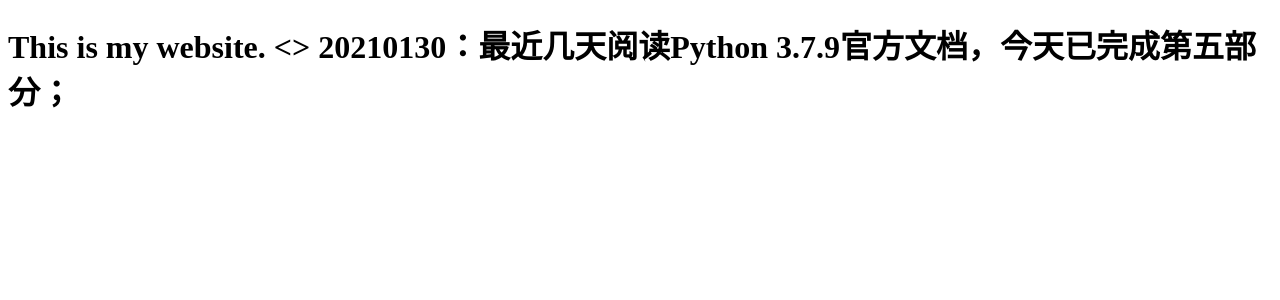
Repository: wangjitao1024/wangjitao1024.github.io
Page: index.html
The author's editor kept a copy of each file at every save. The page is drawn from the files as they stood at one save, then again after the next save.
The browser window is 1280 px wide. The pictures show the whole page.

Above is the page before, as saved 2021-01-30 18:49:00.

After the next save:
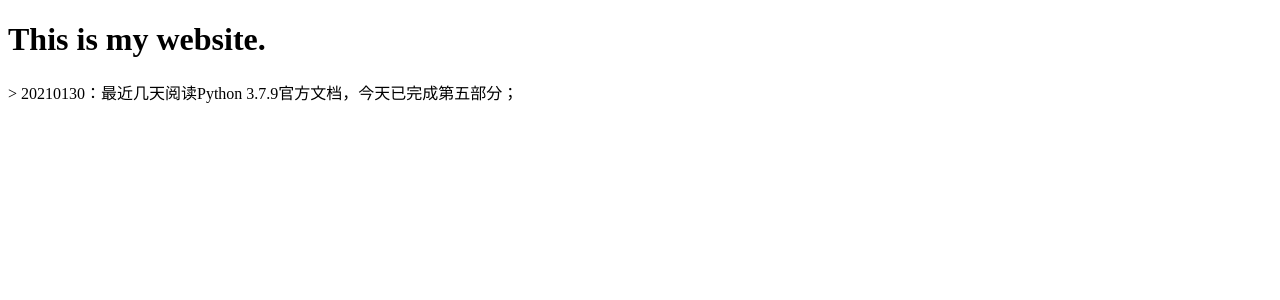
Saved 6 s later.
--- a/index.html
+++ b/index.html
@@ -6,7 +6,7 @@
 </head>
 
 <body>
-    <h1>This is my website. <>
+    <h1>This is my website. </h1><h1></h1>>
     20210130：最近几天阅读Python 3.7.9官方文档，今天已完成第五部分；
 </body>
 </html>
